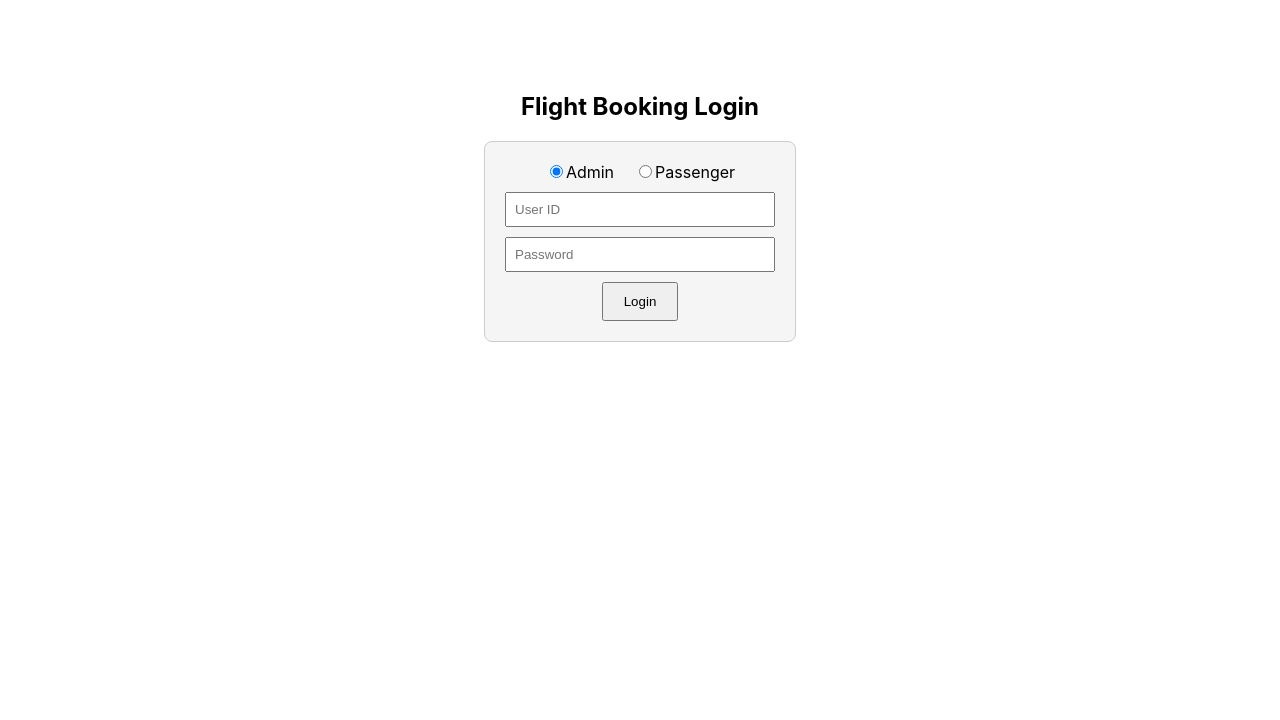
Repository: Shenes35/Booking-system
Page: / (app in frontend/)
An editor plug-in stored every save of this project. The page is shown before and after the next save, followed by the edit.
The browser window is 1280 px wide. The pictures show the whole page.
The project was rebuilt for these pictures with package versions that can differ from the ones it lists, and the page was loaded fresh each time.

Above is the page before, as saved 2025-05-19 10:08:48.

### frontend/src/index.js
import React from 'react';
import ReactDOM from 'react-dom/client';
import './index.css';
import App from './App.jsx';       // ONLY one import of App
import reportWebVitals from './reportWebVitals';

const root = ReactDOM.createRoot(document.getElementById('root'));
root.render(
  <React.StrictMode>
    <App />
  </React.StrictMode>
);

reportWebVitals();

### frontend/src/App.jsx
import React, { useState } from 'react';
import LoginPage from './components/LoginPage';

const App = () => {
  const [userRole, setUserRole] = useState(null);

  if (!userRole) {
    return <LoginPage setUserRole={setUserRole} />;
  }

  return (
    <div>
      <h1>Welcome, {userRole}!</h1>
      {/* Add more UI or navigation here */}
    </div>
  );
};

export default App;

### frontend/src/components/LoginPage.jsx
import React, { useState } from 'react';

const LoginPage = ({ setUserRole }) => {
  const [role, setRole] = useState('admin');
  const [userId, setUserId] = useState('');
  const [password, setPassword] = useState('');

  const handleSubmit = (e) => {
    e.preventDefault();
    if (!userId || !password) {
      alert('Please enter User ID and Password');
      return;
    }
    setUserRole(role);
  };

  return (
    <div style={{ textAlign: 'center', paddingTop: '10vh' }}>
      <h2>Flight Booking Login</h2>
      <form onSubmit={handleSubmit} style={{ display: 'inline-block', padding: '20px', border: '1px solid #ccc', borderRadius: '8px', backgroundColor: '#f5f5f5' }}>
        <div>
          <label>
            <input type="radio" value="admin" checked={role === 'admin'} onChange={() => setRole('admin')} />
            Admin
          </label>
          <label style={{ marginLeft: '20px' }}>
            <input type="radio" value="passenger" checked={role === 'passenger'} onChange={() => setRole('passenger')} />
            Passenger
          </label>
        </div>
        <input
          type="text"
          placeholder="User ID"
          value={userId}
          onChange={(e) => setUserId(e.target.value)}
          style={{ display: 'block', margin: '10px 0', padding: '8px', width: '250px' }}
        />
        <input
          type="password"
          placeholder="Password"
          value={password}
          onChange={(e) => setPassword(e.target.value)}
          style={{ display: 'block', margin: '10px 0', padding: '8px', width: '250px' }}
        />
        <button type="submit" style={{ padding: '10px 20px' }}>Login</button>
      </form>
    </div>
  );
};

export default LoginPage;

Loaded but not shown: frontend/public/index.html (common file); frontend/src/index.css (common file); frontend/src/reportWebVitals.js (common file)

After the next save:
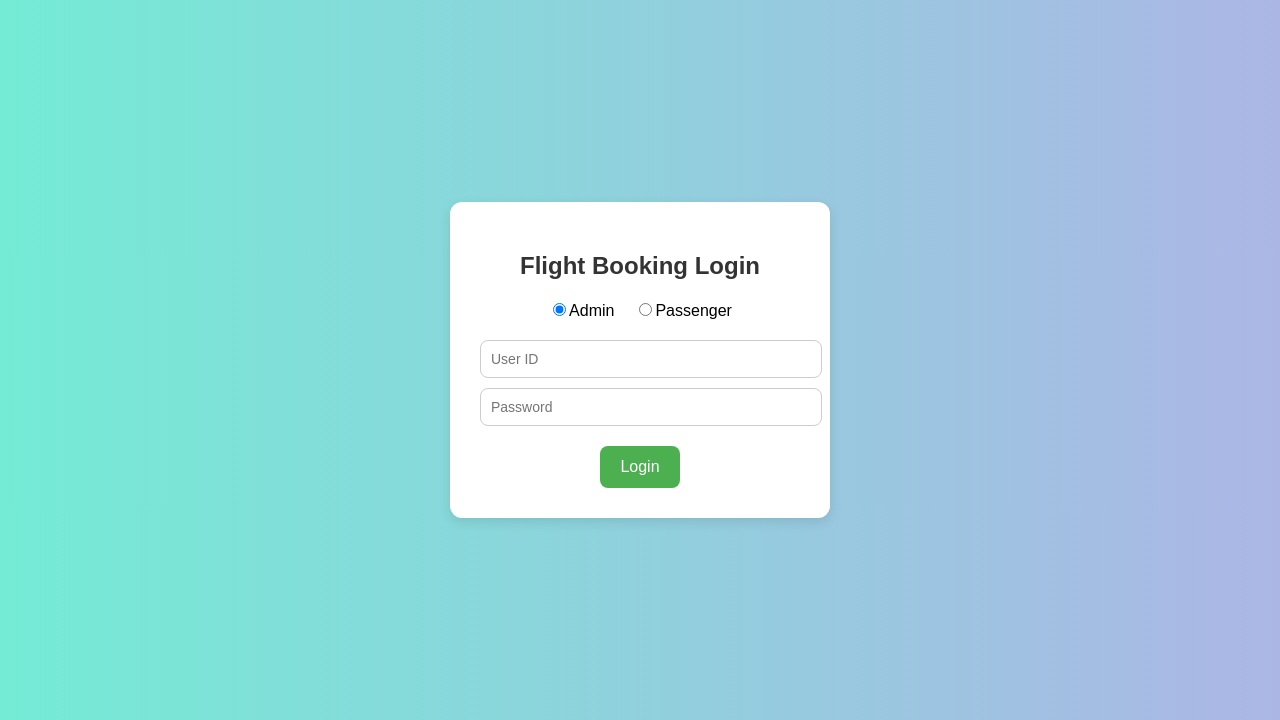
Saved 86 s later.
--- a/frontend/src/components/LoginPage.jsx
+++ b/frontend/src/components/LoginPage.jsx
@@ -15,37 +15,104 @@
   };
 
   return (
-    <div style={{ textAlign: 'center', paddingTop: '10vh' }}>
-      <h2>Flight Booking Login</h2>
-      <form onSubmit={handleSubmit} style={{ display: 'inline-block', padding: '20px', border: '1px solid #ccc', borderRadius: '8px', backgroundColor: '#f5f5f5' }}>
-        <div>
-          <label>
-            <input type="radio" value="admin" checked={role === 'admin'} onChange={() => setRole('admin')} />
-            Admin
-          </label>
-          <label style={{ marginLeft: '20px' }}>
-            <input type="radio" value="passenger" checked={role === 'passenger'} onChange={() => setRole('passenger')} />
-            Passenger
-          </label>
-        </div>
-        <input
-          type="text"
-          placeholder="User ID"
-          value={userId}
-          onChange={(e) => setUserId(e.target.value)}
-          style={{ display: 'block', margin: '10px 0', padding: '8px', width: '250px' }}
-        />
-        <input
-          type="password"
-          placeholder="Password"
-          value={password}
-          onChange={(e) => setPassword(e.target.value)}
-          style={{ display: 'block', margin: '10px 0', padding: '8px', width: '250px' }}
-        />
-        <button type="submit" style={{ padding: '10px 20px' }}>Login</button>
-      </form>
+    <div style={styles.container}>
+      <div style={styles.card}>
+        <h2 style={styles.title}>Flight Booking Login</h2>
+
+        <form onSubmit={handleSubmit}>
+          <div style={styles.roleSelection}>
+            <label style={styles.radioLabel}>
+              <input
+                type="radio"
+                value="admin"
+                checked={role === 'admin'}
+                onChange={() => setRole('admin')}
+              />
+              Admin
+            </label>
+            <label style={styles.radioLabel}>
+              <input
+                type="radio"
+                value="passenger"
+                checked={role === 'passenger'}
+                onChange={() => setRole('passenger')}
+              />
+              Passenger
+            </label>
+          </div>
+
+          <input
+            type="text"
+            placeholder="User ID"
+            value={userId}
+            onChange={(e) => setUserId(e.target.value)}
+            style={styles.input}
+          />
+          <input
+            type="password"
+            placeholder="Password"
+            value={password}
+            onChange={(e) => setPassword(e.target.value)}
+            style={styles.input}
+          />
+
+          <button type="submit" style={styles.button}>Login</button>
+        </form>
+      </div>
     </div>
   );
 };
 
+const styles = {
+  container: {
+    display: 'flex',
+    justifyContent: 'center',
+    alignItems: 'center',
+    height: '100vh',
+    background: 'linear-gradient(to right, #74ebd5, #ACB6E5)',
+    fontFamily: 'Arial, sans-serif',
+  },
+  card: {
+    padding: '30px',
+    borderRadius: '12px',
+    backgroundColor: '#ffffff',
+    boxShadow: '0 4px 12px rgba(0, 0, 0, 0.1)',
+    minWidth: '320px',
+    textAlign: 'center',
+  },
+  title: {
+    marginBottom: '20px',
+    color: '#333',
+  },
+  roleSelection: {
+    display: 'flex',
+    justifyContent: 'center',
+    gap: '20px',
+    marginBottom: '20px',
+  },
+  radioLabel: {
+    fontSize: '16px',
+  },
+  input: {
+    display: 'block',
+    width: '100%',
+    padding: '10px',
+    margin: '10px 0',
+    border: '1px solid #ccc',
+    borderRadius: '8px',
+    fontSize: '14px',
+  },
+  button: {
+    backgroundColor: '#4CAF50',
+    color: '#fff',
+    padding: '12px 20px',
+    border: 'none',
+    borderRadius: '8px',
+    cursor: 'pointer',
+    fontSize: '16px',
+    marginTop: '10px',
+    transition: 'background-color 0.3s ease',
+  },
+};
+
 export default LoginPage;

After the save that followed:
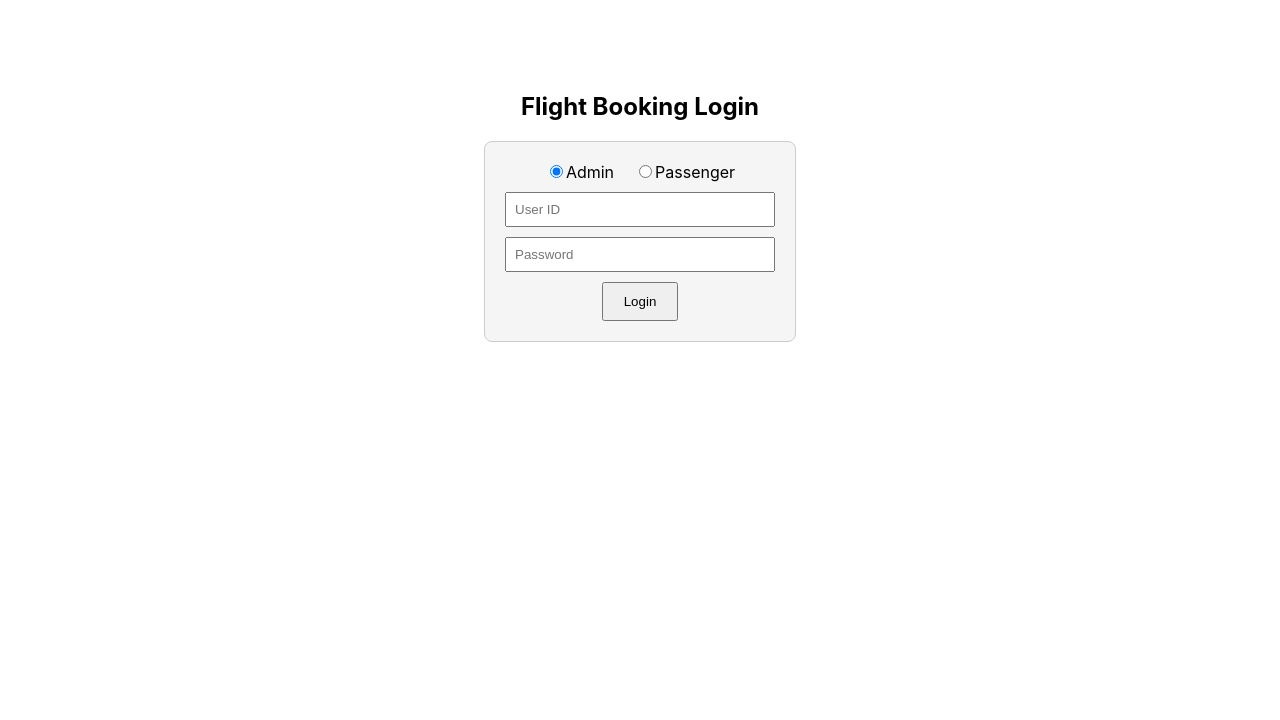
Saved 8 s later.
--- a/frontend/src/components/LoginPage.jsx
+++ b/frontend/src/components/LoginPage.jsx
@@ -15,104 +15,37 @@
   };
 
   return (
-    <div style={styles.container}>
-      <div style={styles.card}>
-        <h2 style={styles.title}>Flight Booking Login</h2>
-
-        <form onSubmit={handleSubmit}>
-          <div style={styles.roleSelection}>
-            <label style={styles.radioLabel}>
-              <input
-                type="radio"
-                value="admin"
-                checked={role === 'admin'}
-                onChange={() => setRole('admin')}
-              />
-              Admin
-            </label>
-            <label style={styles.radioLabel}>
-              <input
-                type="radio"
-                value="passenger"
-                checked={role === 'passenger'}
-                onChange={() => setRole('passenger')}
-              />
-              Passenger
-            </label>
-          </div>
-
-          <input
-            type="text"
-            placeholder="User ID"
-            value={userId}
-            onChange={(e) => setUserId(e.target.value)}
-            style={styles.input}
-          />
-          <input
-            type="password"
-            placeholder="Password"
-            value={password}
-            onChange={(e) => setPassword(e.target.value)}
-            style={styles.input}
-          />
-
-          <button type="submit" style={styles.button}>Login</button>
-        </form>
-      </div>
+    <div style={{ textAlign: 'center', paddingTop: '10vh' }}>
+      <h2>Flight Booking Login</h2>
+      <form onSubmit={handleSubmit} style={{ display: 'inline-block', padding: '20px', border: '1px solid #ccc', borderRadius: '8px', backgroundColor: '#f5f5f5' }}>
+        <div>
+          <label>
+            <input type="radio" value="admin" checked={role === 'admin'} onChange={() => setRole('admin')} />
+            Admin
+          </label>
+          <label style={{ marginLeft: '20px' }}>
+            <input type="radio" value="passenger" checked={role === 'passenger'} onChange={() => setRole('passenger')} />
+            Passenger
+          </label>
+        </div>
+        <input
+          type="text"
+          placeholder="User ID"
+          value={userId}
+          onChange={(e) => setUserId(e.target.value)}
+          style={{ display: 'block', margin: '10px 0', padding: '8px', width: '250px' }}
+        />
+        <input
+          type="password"
+          placeholder="Password"
+          value={password}
+          onChange={(e) => setPassword(e.target.value)}
+          style={{ display: 'block', margin: '10px 0', padding: '8px', width: '250px' }}
+        />
+        <button type="submit" style={{ padding: '10px 20px' }}>Login</button>
+      </form>
     </div>
   );
 };
 
-const styles = {
-  container: {
-    display: 'flex',
-    justifyContent: 'center',
-    alignItems: 'center',
-    height: '100vh',
-    background: 'linear-gradient(to right, #74ebd5, #ACB6E5)',
-    fontFamily: 'Arial, sans-serif',
-  },
-  card: {
-    padding: '30px',
-    borderRadius: '12px',
-    backgroundColor: '#ffffff',
-    boxShadow: '0 4px 12px rgba(0, 0, 0, 0.1)',
-    minWidth: '320px',
-    textAlign: 'center',
-  },
-  title: {
-    marginBottom: '20px',
-    color: '#333',
-  },
-  roleSelection: {
-    display: 'flex',
-    justifyContent: 'center',
-    gap: '20px',
-    marginBottom: '20px',
-  },
-  radioLabel: {
-    fontSize: '16px',
-  },
-  input: {
-    display: 'block',
-    width: '100%',
-    padding: '10px',
-    margin: '10px 0',
-    border: '1px solid #ccc',
-    borderRadius: '8px',
-    fontSize: '14px',
-  },
-  button: {
-    backgroundColor: '#4CAF50',
-    color: '#fff',
-    padding: '12px 20px',
-    border: 'none',
-    borderRadius: '8px',
-    cursor: 'pointer',
-    fontSize: '16px',
-    marginTop: '10px',
-    transition: 'background-color 0.3s ease',
-  },
-};
-
 export default LoginPage;
